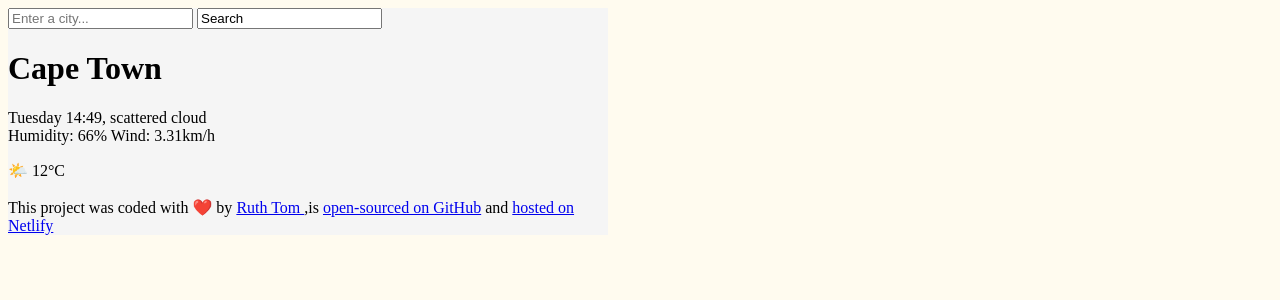
Repository: RuthTom711/Weatherly-App
Page: index.html
These files come from the project's save history. The page is drawn as it stood at one moment and after the next save; the edit follows.
The browser window is 1280 px wide. The pictures show the whole page.

Above is the page before, as saved 2025-11-10 21:01:30.

### index.html
<!DOCTYPE html>
<html lang="en">
  <head>
    <meta charset="UTF-8" />
    <meta name="viewport" content="width=device-width, initial-scale=1.0" />
    <title>Weatherly App</title>
  </head>
  <body>
    <div class="weather-app">
    <header>
        <form>
            <input type="search" placeholder="Enter a city..." required/>
            <input type="Subnit" value="Search"/>
            <link rel="stylesheet" href="src/styles.css">
        </form>


    </header>

    <main>
    <div>
    <h1>Cape Town</h1>
    <p>
        Tuesday 14:49, scattered cloud
        <br />
        Humidity: 66% Wind: 3.31km/h
    </p>
    </div>
    <div>
    🌤️ 12°C
    </div>
    </main>

    <br />
    <footer>
      This project was coded with ❤️ by
      <a href="https://github.com/RuthTom711" target="_blank"> Ruth Tom </a>,is
      <a href="https://github.com/RuthTom711/Weatherly-App" target="_blank">
        open-sourced on GitHub</a
      >
      and
      <a
        href="https://app.netlify.com/projects/ruth-weatherly-app/"
        target="_blank"
      >
        hosted on Netlify</a
      >
    </footer>
    </div>
  </body>
</html>

### src/styles.css
body {
    background-color: #fffbef;
}

.weather-app{
    background: whitesmoke;
    max-width: 600px;
    margin: 0 au;

}

After the next save:
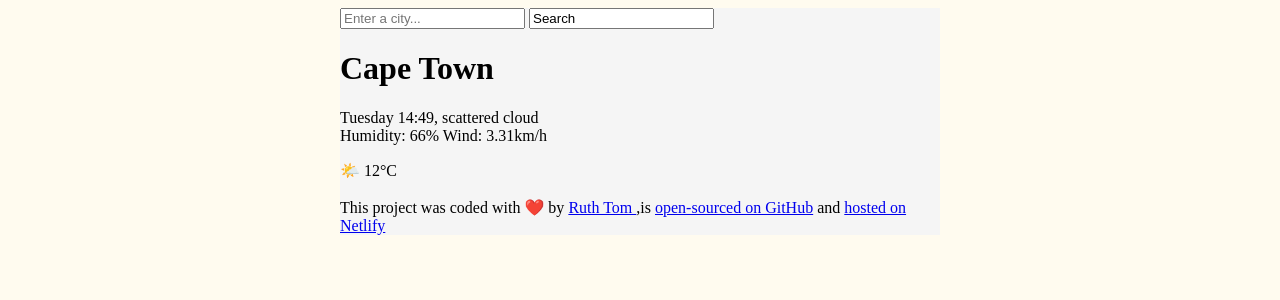
Saved 4 s later.
--- a/src/styles.css
+++ b/src/styles.css
@@ -5,6 +5,6 @@
 .weather-app{
     background: whitesmoke;
     max-width: 600px;
-    margin: 0 au;
+    margin: 0 auto;
 
 }

After the save that followed:
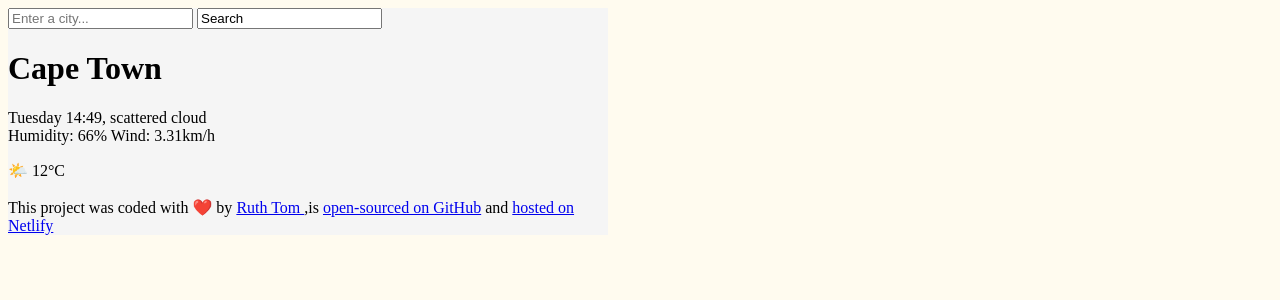
Saved 11 s later.
--- a/src/styles.css
+++ b/src/styles.css
@@ -5,6 +5,6 @@
 .weather-app{
     background: whitesmoke;
     max-width: 600px;
-    margin: 0 auto;
+    margin: 30 auto;
 
 }
